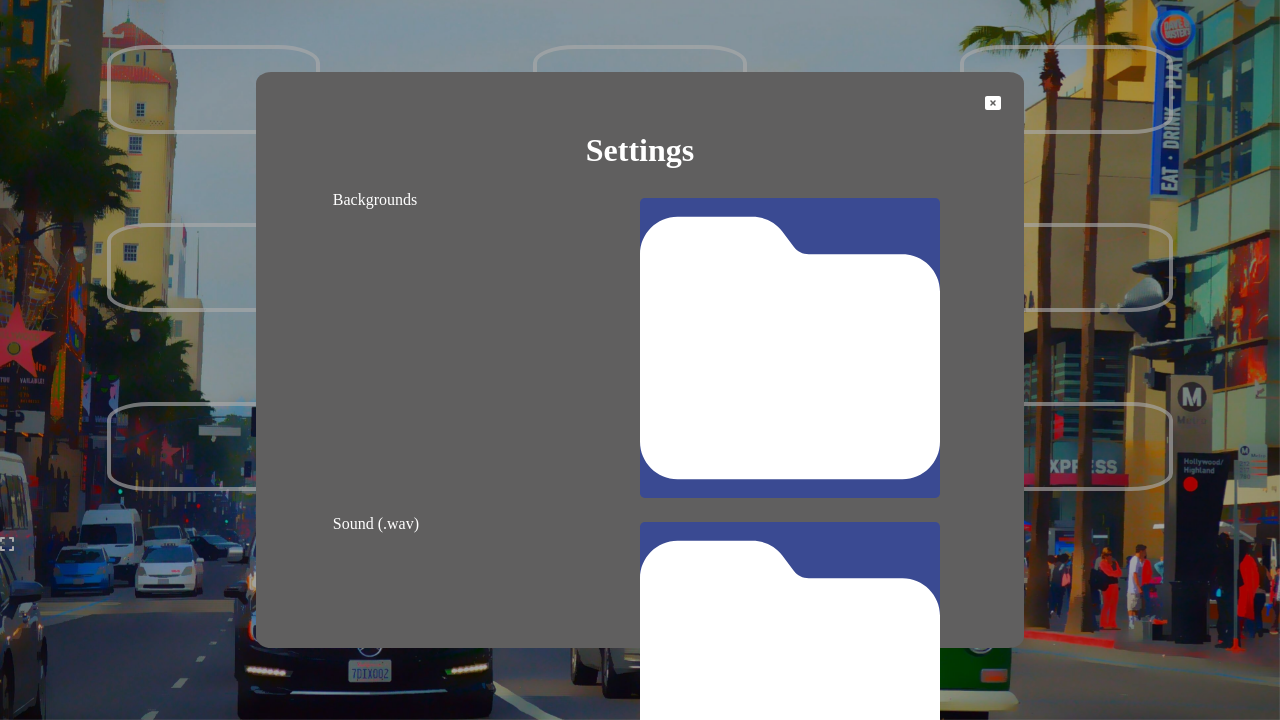
Repository: ttommytan/pomodoro
Page: /, after clicking the first element matching `svg.fa-gear`
An editor plug-in stored every save of this project. The page is shown before and after a run of saves, followed by the edit.
The browser window is 1280 px wide. The pictures show the whole page.
The project was rebuilt for these pictures with package versions that can differ from the ones it lists, and the page was loaded fresh each time. Also part of the build but not shown: vite.config.js, src/components/Test.jsx, src/components/SliderComponent.jsx. Imported but missing from the stored project, and not drawn on this page: src/assets/chime.wav.

Above is the page before, as saved 2024-08-27 13:32:08.

### index.html
<!doctype html>
<html lang="en">
  <head>
    <meta charset="UTF-8" />
    <link rel="icon" type="image/svg+xml" href="/vite.svg" />
    <meta name="viewport" content="width=device-width, initial-scale=1.0" />
    <title>Pomodoro Timer</title>
    <link rel="preconnect" href="https://fonts.googleapis.com">
    <link rel="preconnect" href="https://fonts.gstatic.com" crossorigin>
    <link href="https://fonts.googleapis.com/css2?family=Space+Grotesk:wght@300..700&display=swap" rel="stylesheet">
  </head>
  <body>
    <div id="root"></div>

    <script type="module" src="/src/main.jsx"></script>
  </body>
</html>

### src/App.jsx
import { useState } from 'react'
import Test from './components/Test'
import Countdown from './components/Countdown'
import SliderComponent from './components/SliderComponent'

function App() {
  const [count, setCount] = useState(0)

  return (
    <>

    <div className=''>
        <Countdown givenTime={1500}/>
    </div>
    </>
  )
}

export default App

### src/index.css
.big-container {
  top: 0;
  left: 0;
  width: 100%;
  height: 100%;
  position: absolute;
  display: grid;
  overflow: hidden;
  margin: 0;
  padding: 0;
  background-size: cover;
  background-repeat: no-repeat;
  background-attachment: fixed;
  background-position: center;

  grid-template-areas: "top-left top-mid top-right"
                       "mid-left mid-mid mid-right"
                       "bot-left bot-mid bot-right";
}

.containers-top-left, .containers-top-mid, .containers-top-right,
.containers-mid-left, .containers-mid-mid, .containers-mid-right,
.containers-bot-left, .containers-bot-mid, .containers-bot-right {
  width:500px;
  height: 300px;
  font-family: "Space Grotesk", sans-serif;
  font-weight: 400;
  display: flex;
  flex-direction: column;
  justify-content: space-evenly;
  align-items: center;
  position: absolute;
  top: 50%;
  left: 50%;
  transform: translate(-50%, -50%);
  padding: 10px;
  user-select: none;
  -moz-user-select: none;
  -khtml-user-select: none;
  -webkit-user-select: none;
  -o-user-select: none;
  z-index: 2;
}

.containers-top-left:hover, .containers-top-mid:hover, .containers-top-right:hover,
.containers-mid-left:hover, .containers-mid-mid:hover, .containers-mid-right:hover,
.containers-bot-left:hover, .containers-bot-mid:hover, .containers-bot-right:hover
{
  cursor: pointer;
}
.containers-top-left{
  grid-area: top-left;
  padding-top: 10%;
}
.containers-top-mid {
  grid-area: top-mid;
  padding-top: 10%;
}
.containers-top-right {
  grid-area: top-right;
  padding-top: 10%;
}

.containers-mid-left {
  grid-area: mid-left;
}
.containers-mid-mid {
  grid-area: mid-mid;
}
.containers-mid-right {
  grid-area: mid-right;
}


.containers-bot-left {
  grid-area: bot-left;
  padding-bottom: 10%;
}
.containers-bot-mid {
  grid-area: bot-mid;
  padding-bottom: 10%;
}
.containers-bot-right {
  grid-area: bot-right;
  padding-bottom: 10%;
}

.top-left, .top-mid, .top-right,
.mid-left, .mid-mid, .mid-right,
.bot-left, .bot-mid, .bot-right{
  height: 50%;
  width: 50%;
  margin:auto;
  border-radius: 20%;
  border: rgba(255, 255, 255, 0.637) .3em solid;
  opacity: 1;
  background-color: rgba(0, 0, 0, 0);
}

.top-left:hover, .top-mid:hover, .top-right:hover,
.mid-left:hover, .mid-mid:hover, .mid-right:hover,
.bot-left:hover, .bot-mid:hover, .bot-right:hover{
  opacity: 1;
}

.top-leftblack, .top-midblack, .top-rightblack,
.mid-leftblack, .mid-midblack, .mid-rightblack,
.bot-leftblack, .bot-midblack, .bot-rightblack{
  height: 50%;
  width: 50%;
  margin:auto;
  border-radius: 20%;
  border: rgba(0, 0, 0, 0.637) .3em solid;
  opacity: 0;
  background-color: rgba(0, 0, 0, 0);
}

.top-leftblack:hover, .top-midblack:hover, .top-rightblack:hover,
.mid-leftblack:hover, .mid-midblack:hover, .mid-rightblack:hover,
.bot-leftblack:hover, .bot-midblack:hover, .bot-rightblack:hover{
  opacity: 1;
}

.top-left {grid-area: top-left;}
.top-mid {grid-area: top-mid;}
.top-right {grid-area: top-right;}

.mid-left {grid-area: mid-left;}
.mid-mid {grid-area: mid-mid;}
.mid-right {grid-area: mid-right;}

.bot-left {grid-area: bot-left;}
.bot-mid {grid-area: bot-mid;}
.bot-right {grid-area: bot-right;}





.inner-element {
  font-size: 80px;
  flex-wrap: wrap;
  text-align: center;
  margin:0;

}


.time {
  margin: 0;
  color: white;
}

.timeblack {
  margin: 0;
  color: black;
}


.buttons, .buttonsactive, .pause-button {
  margin: 0 5px; /* Add some space between buttons */
  cursor: pointer;
  color: white;
  border-radius: 30px;
  width: 124px;
  height: 42px;
  font-size: 18px;
  box-shadow: none;
  border: solid white;
  background-color: rgba(255, 255, 255, 0);
  font-weight: 600;

}

.buttonsactive{
  background-color: white;
  color: black;
}
.buttons:hover{
  background-color: white;
  color: black
}
.pause-button:hover{
  background-color: rgba(255, 255, 255, 0);
  color: white;
}

.buttonsblack, .buttonsactiveblack, .pause-buttonblack {
  margin: 0 5px; /* Add some space between buttons */
  cursor: pointer;
  color: black;
  border-radius: 30px;
  width: 124px;
  height: 42px;
  font-size: 18px;
  box-shadow: none;
  border: solid black;
  background-color: rgba(255, 255, 255, 0);
  font-weight: 600;

}
.buttonsactiveblack{
  background-color: black;
  color: white;
}
.buttonsblack:hover{
  background-color: black;
  color: white
}

.pause-buttonblack:hover{
  background-color: rgba(255, 255, 255, 0);
  color: black;
}

.pause-button {
  width: 100px;
  background-color: white;
  color: black
}

.pause-buttonblack {
  width: 100px;
  background-color: black;
  color: white
}


.bg-img{
  width: 100%;
  height: 100%;
  display: block;
}


.top-buttons {
  transition: opacity .8s ease-in-out;
  opacity: 1;
}

.top-buttonshide {
  opacity: 0;
  transition: opacity .8s ease-in-out;
}




.slider-container {
  max-width: 600px;
  margin: auto;
}

.slide {
  padding: 20px;
  font-size: 18px;
  text-align: center;
}

.slick-dots li button:before {
  font-size: 12px;
  color: blue; /* Change this to the color you prefer */
}

.slick-dots li.slick-active button:before {
  color: red !important; /* Change this to the color you prefer */
}

.slick-prev:before,
.slick-next:before {
  color: black; /* Change this to the color you prefer */
}

.top-right{
  position: relative;
}

.settings{
  grid-area: top-right;
  width: 45px;
  height: 45px;
  margin: auto;
  z-index: 1;
}

.outer-popup{
  position: fixed;
  top: 0;
  left: 0;
  width: 100%;
  height: 100vh;
  display: flex;
  justify-content: center;
  align-items: center;
  background-color: rgba(0, 0, 0, 0.332);
  z-index: 1000;
}

.inner-popup {
  background-color: rgb(96, 95, 95);
  width: 60%;
  height: 80%;
  display: flex;
  flex-direction: column;
  align-items: center;
  border-radius: 2%;
  z-index: 1001;
  color: white;
}

.exit{
  margin-top: 3%;
  margin-right: 3%;
  align-self: flex-end;
}
.settings-elements{
  width: 80%;
  display: flex;
  flex-direction: column;
  gap: 10px;

}
.settings-element{
  display: flex;
  justify-content: space-between;

}

.actual-btn {
  display: flex;
  flex-wrap: wrap;

  background-color: rgb(58, 74, 146);
  color: white;
  border-radius: 0.3rem;
  cursor: pointer;
  margin: 7px;
  justify-content: center;
  align-items: center;

}
.notification{
  position: absolute;
  bottom: 0;
  left: 0;
  background-color: white;
  padding: 1% 3%;;
  font-size: 18px;
  border-radius: 5px;
  margin-bottom: 1%;
  margin-left: 1%;
}

.icon-folder{
  width: 100%;
  height: 100%;
}

Loaded but not shown: src/main.jsx (common file); src/components/Countdown.jsx (615 lines, source omitted)

After the next 2 saves:
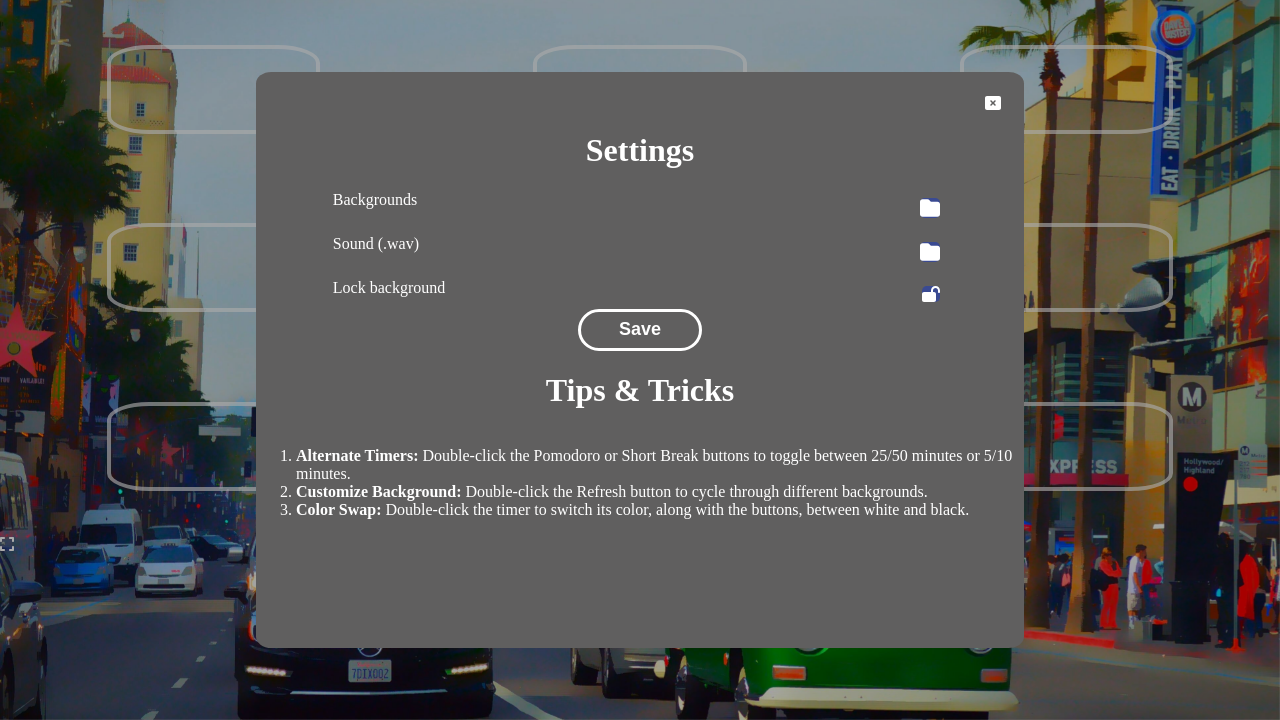
The 2 saves are shown as one change because they came seconds apart.
The last was saved 9 s later.
--- a/src/index.css
+++ b/src/index.css
@@ -353,5 +353,5 @@
 
 .icon-folder{
   width: 100%;
-  height: 100%;
-}
+  height: 20px;
+}
